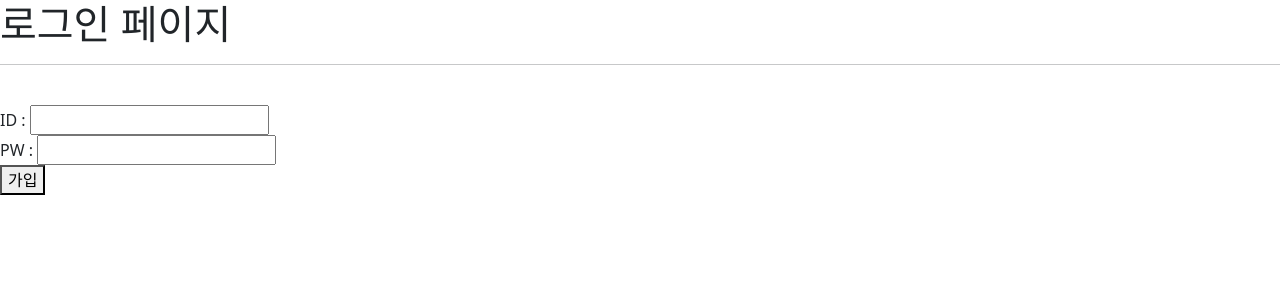
Repository: yangone8249/jsp_project
Page: http://localhost/yang_project/member/MemberLogin.jsp
The author's editor kept a copy of each file at every save. The page is drawn from the files as they stood at one save, then again after the next save.
The browser window is 1280 px wide. The pictures show the whole page.
The page is served by Tomcat 9. Other server files are loaded and not shown.

Above is the page before, as saved 2023-06-01 01:51:54.

### yang_project/yang_project/src/main/webapp/member/MemberLogin.jsp
<%@ page language="java" contentType="text/html; charset=UTF-8"
    pageEncoding="UTF-8"%>
<!DOCTYPE html>
<html>
<head>
<meta charset="UTF-8">
<title>로그인</title>
</head>
<link href="https://cdn.jsdelivr.net/npm/bootstrap@5.2.3/dist/css/bootstrap.min.css" rel="stylesheet" integrity="sha384-rbsA2VBKQhggwzxH7pPCaAqO46MgnOM80zW1RWuH61DGLwZJEdK2Kadq2F9CUG65" crossorigin="anonymous">
<script src="https://cdn.jsdelivr.net/npm/bootstrap@5.2.3/dist/js/bootstrap.bundle.min.js" integrity="sha384-kenU1KFdBIe4zVF0s0G1M5b4hcpxyD9F7jL+jjXkk+Q2h455rYXK/7HAuoJl+0I4" crossorigin="anonymous"></script>
<body>
	<h1>로그인 페이지</h1>
		<hr><br>
	<form action="/mem/login" method="post">
	ID : <input type="text" name="id"/><br>
	PW : <input type="password" name="password"/><br>
	<button type="submit">가입</button>
	</form>
</body>
</html>

After the next save:
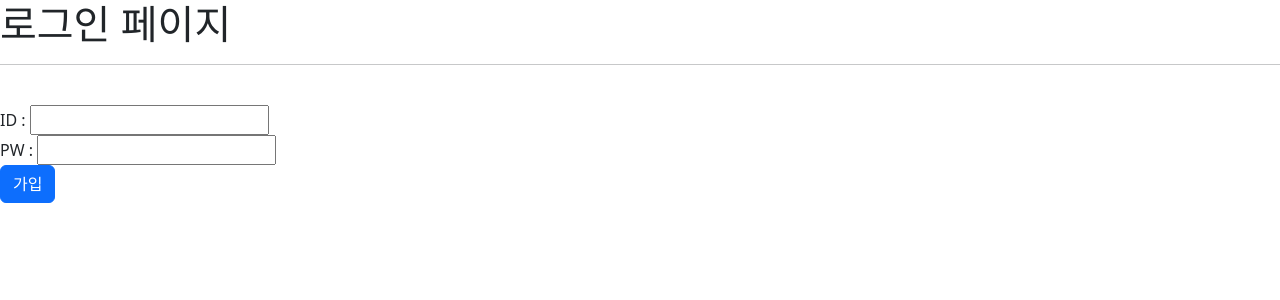
Saved 3 s later.
--- a/yang_project/yang_project/src/main/webapp/member/MemberLogin.jsp
+++ b/yang_project/yang_project/src/main/webapp/member/MemberLogin.jsp
@@ -14,7 +14,7 @@
 	<form action="/mem/login" method="post">
 	ID : <input type="text" name="id"/><br>
 	PW : <input type="password" name="password"/><br>
-	<button type="submit">가입</button>
+	<button type="submit" class="btn btn-primary">가입</button>
 	</form>
 </body>
 </html>
